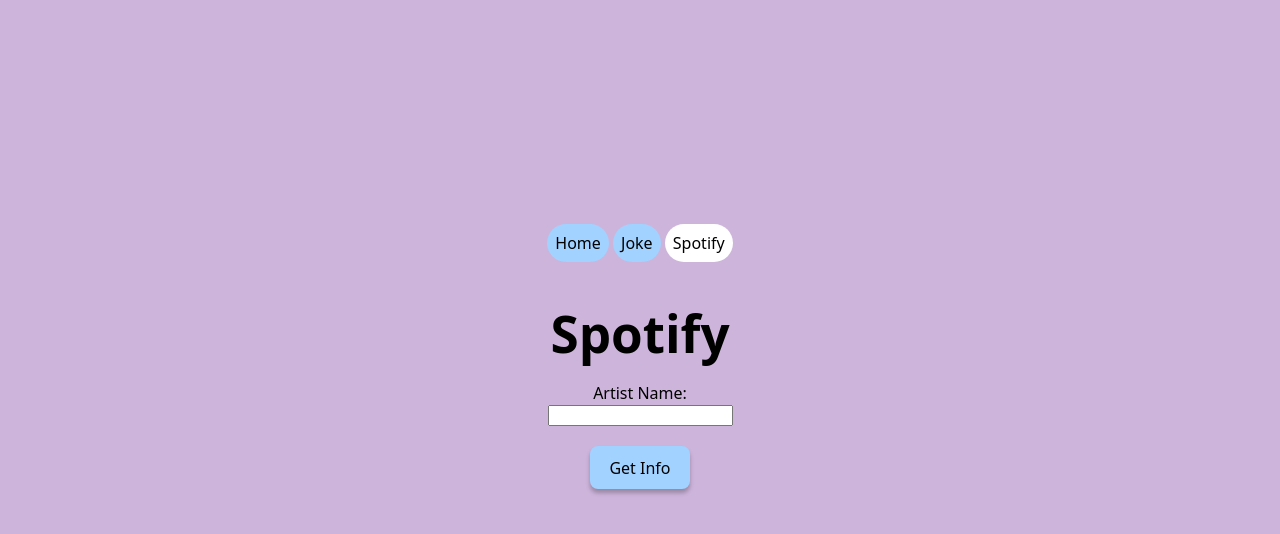
Repository: rosieomusic/spotify-react
Page: /spotify
The author's editor kept a copy of each file at every save. The page is drawn from the files as they stood at one save, then again after the next save.
The browser window is 1280 px wide. The pictures show the whole page.
The page's requests for data from a server got no answer. The project was rebuilt for these pictures with package versions that can differ from the ones it lists, and the page was loaded fresh each time. No one was signed in, and anything a server would have sent is missing. Settings that the repository does not hold, such as keys and server addresses, were given made-up values. Also part of the build but not shown: vite.config.js, src/pages/HomePage.jsx, src/components/AlbumComponent.jsx, src/services/JokeService.js, src/pages/JokePage.jsx.

Above is the page before, as saved 2025-05-09 20:12:49.

After the next save:
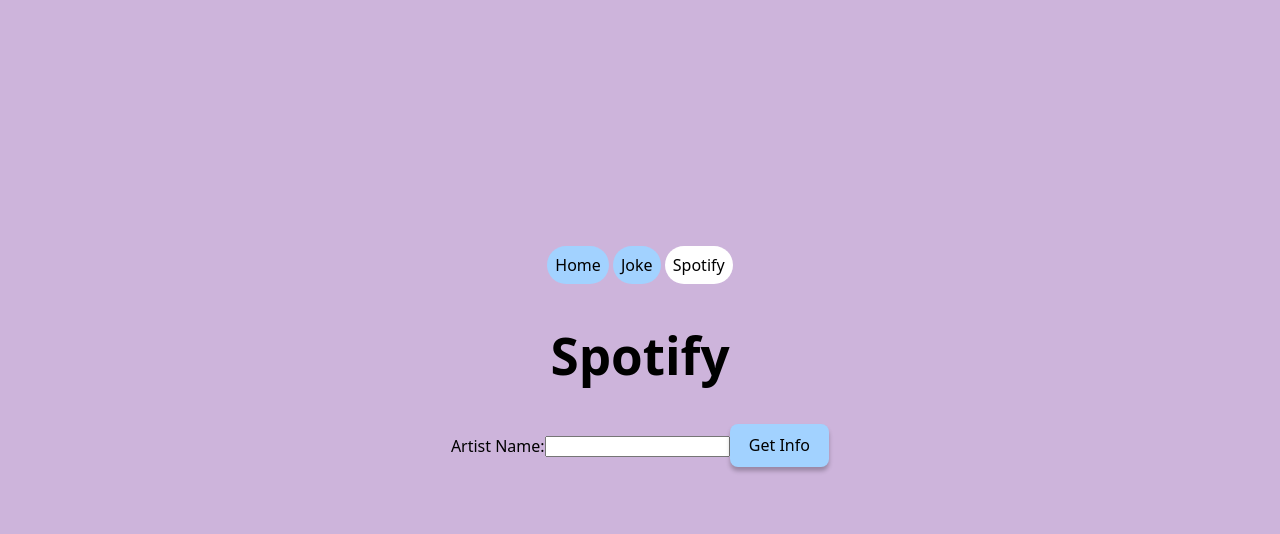
Saved 105 s later.
--- a/src/pages/SpotifyPage.jsx
+++ b/src/pages/SpotifyPage.jsx
@@ -35,7 +35,7 @@ export default function SpotifyPage() {
 		getAuthToken();
 	}, []);
 	return (
-		<>
+		<div className='spotify-page'>
 			<h1>Spotify</h1>
 			<label htmlFor='artistName'>Artist Name:</label>
 			<input
@@ -56,6 +56,6 @@ export default function SpotifyPage() {
 					</>
 				)}
 			</div>
-		</>
+		</div>
 	);
 }
